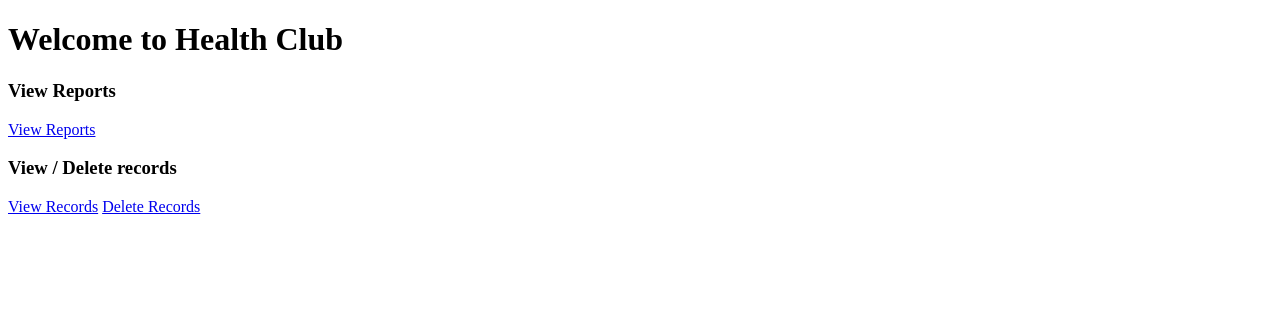
Repository: dmiropol/FitnessMemberTracker
Page: http://localhost/customer
An editor plug-in stored every save of this project. The page is shown before and after the next save, followed by the edit.
The browser window is 1280 px wide. The pictures show the whole page.
The page is served by the project's Node server (app.js).

Above is the page before, as saved 2018-11-15 12:06:53.

### views/customer.ejs
<!DOCTYPE html>
<html>
  <head>
    <title><%= title %></title>
    <link rel='stylesheet' href='/stylesheets/style.css' />
  </head>
  <body>
    <h1>Welcome to <%= title %></h1>
    <h3>View Reports </h3>
    <a href='/viewReports'>View Reports</a>
    <h3>View / Delete records </h3>
    <a href='/records'>View Records</a>
    <a href='/records/delete'>Delete Records</a>
  </body>
</html>

### app.js

/**
 * Module dependencies.
 */

var express = require('express')
  , http = require('http')
  , path = require('path')
  , bodyParser = require('body-parser')
  , storage = require('./storage')
  , fs = require('fs');

var app = express();

// all environments
app.set('port', process.env.PORT || 8080);
app.set('views', __dirname + '/views');
app.set('view engine', 'ejs');
app.use(express.static(path.join(__dirname, 'public')));
app.use(bodyParser.json());
app.use(bodyParser.urlencoded({ extended: true }));

function index(req, res){
	res.render('index', {title: 'Fitness Tracker for Health Club'});
	//res.redirect('import');
}

function member(req, res){
	res.render('member');
}

async function dataRecord(req, res){
	var fileName = req.params.record + '.json';
	var jsonObj = JSON.parse(req.body.JSONbody);
	var lines = '';

	for (var i in jsonObj){
		lines += JSON.stringify(jsonObj[i]) + '\n';
	}
	console.log('Got ' + req.method + ' request to store ' + fileName +
				' content into ' + lines.length + ' lines');
	fs.writeFile(fileName, lines, 'utf8', function (err) {
	    if (err)  return console.log(err);
	    console.log(fileName + ' locally added and will be uploaded to storage.')
	});
	await storage.uploadFile(fileName);
	fs.unlink(fileName, function (err) {
	    if (err)  return console.log(err);
	    console.log(fileName + ' locally deleted.')
	});
	res.render('dataRecord', {gcsfile: storage.getPrivateUrl(fileName)});
}

function customer(req, res){
	res.render('customer', {title: 'Health Club'});
}

async function records(req, res){
	var files = await storage.listFiles();
	var recordsList = [];
	for (var i in files) {
		var record = {};
		record.name = files[i].metadata.name;
		record.bucket = files[i].metadata.bucket;
		record.size = files[i].metadata.size;
		recordsList.push(record);
	};
	res.render('records', {records: recordsList});
}

async function recordsDelete(req, res){
	var files = await storage.listFiles();
	var recordsList = [];
	for (var i in files) {
		var record = {};
		record.name = files[i].metadata.name;
		record.bucket = files[i].metadata.bucket;
		record.size = files[i].metadata.size;
		recordsList.push(record);
	};
	res.render('recordsdelete', {records: recordsList});
}

async function deleteFile(req, res, next){

	await storage.deleteFile(req.params.fileName);
	next();
}

app.get('/', index);
app.get('/member', member);
app.get('/customer', customer);
app.post('/dataRecord/:record', dataRecord);
app.get('/records/delete', recordsDelete);
app.get('/records', records);
app.get('/delete/:fileName', deleteFile, records);



http.createServer(app).listen(app.get('port'), function(){
  console.log('Express server listening on port ' + app.get('port'));
});

### storage.js
/**
 * Copyright 2017, Google, Inc.
 * Licensed under the Apache License, Version 2.0 (the "License");
 * you may not use this file except in compliance with the License.
 * You may obtain a copy of the License at
 *
 *    http://www.apache.org/licenses/LICENSE-2.0
 *
 * Unless required by applicable law or agreed to in writing, software
 * distributed under the License is distributed on an "AS IS" BASIS,
 * WITHOUT WARRANTIES OR CONDITIONS OF ANY KIND, either express or implied.
 * See the License for the specific language governing permissions and
 * limitations under the License.
 */

/**
 * This application demonstrates how to perform basic operations on files with
 * the Google Cloud Storage API.
 *
 * For more information, see the README.md under /storage and the documentation
 * at https://cloud.google.com/storage/docs.
 */

'use strict';


const {Storage} = require('@google-cloud/storage');
const storage = new Storage({ projectId: 'iot2analytics-2018' });
const bucketName = 'member_fitness_tracker_storage';

async function uploadFile(filename) {
	await storage.bucket(bucketName).upload(filename, {
		contentType: 'application/json'
	});
console.log(`${filename} uploaded to ${bucketName}.`);

}

function getPrivateUrl(filename) {
	  return `https://storage.googleapis.com/${bucketName}/${filename}`;
}

async function listFiles() {
	const [files] = await storage.bucket(bucketName).getFiles();

	  console.log('Files:');
	  files.forEach(file => {
	    console.log(file.name);
	    //console.log(file.metadata);
	  });

	  return files;
	}

async function downloadFile(srcFilename, destFilename) {

  const options = {
    // The path to which the file should be downloaded, e.g. "./file.txt"
    destination: destFilename,
  };

  // Downloads the file
  await storage
    .bucket(bucketName)
    .file(srcFilename)
    .download(options);

  console.log(
    `gs://${bucketName}/${srcFilename} downloaded to ${destFilename}.`
  );
  // [END storage_download_file]
}

async function deleteFile(filename) {
  // Deletes the file from the bucket
  await storage
    .bucket(bucketName)
    .file(filename)
    .delete();

  console.log(`gs://${bucketName}/${filename} deleted.`);
  // [END storage_delete_file]
}

async function getMetadata(filename) {
  // Gets the metadata for the file
  const [metadata] = await storage
    .bucket(bucketName)
    .file(filename)
    .getMetadata();

  console.log(`File: ${metadata.name}`);
  console.log(`Bucket: ${metadata.bucket}`);
  console.log(`Storage class: ${metadata.storageClass}`);
  console.log(`Self link: ${metadata.selfLink}`);
  console.log(`ID: ${metadata.id}`);
  console.log(`Size: ${metadata.size}`);
  console.log(`Updated: ${metadata.updated}`);
  console.log(`Generation: ${metadata.generation}`);
  console.log(`Metageneration: ${metadata.metageneration}`);
  console.log(`Etag: ${metadata.etag}`);
  console.log(`Owner: ${metadata.owner}`);
  console.log(`Component count: ${metadata.component_count}`);
  console.log(`Crc32c: ${metadata.crc32c}`);
  console.log(`md5Hash: ${metadata.md5Hash}`);
  console.log(`Cache-control: ${metadata.cacheControl}`);
  console.log(`Content-type: ${metadata.contentType}`);
  console.log(`Content-disposition: ${metadata.contentDisposition}`);
  console.log(`Content-encoding: ${metadata.contentEncoding}`);
  console.log(`Content-language: ${metadata.contentLanguage}`);
  console.log(`Media link: ${metadata.mediaLink}`);
  console.log(`KMS Key Name: ${metadata.kmsKeyName}`);
  console.log(`Temporary Hold: ${metadata.temporaryHold}`);
  console.log(`Event-based hold: ${metadata.eventBasedHold}`);
  console.log(`Effective Expiration Time: ${metadata.effectiveExpirationTime}`);
  console.log(`Metadata: ${metadata.metadata}`);
  // [END storage_get_metadata]
}



module.exports = {
	uploadFile,
	getPrivateUrl,
	listFiles,
	getMetadata,
	deleteFile,
};

### public/stylesheets/style.css
ul {
    list-style-type: none;
    margin: 0;
    padding: 0;
    overflow: hidden;
    background-color: #606060;
}

li {
    float: left;
}

li a, .dropbtn {
    display: inline-block;
    color: white;
    text-align: center;
    padding: 14px 16px;
    text-decoration: none;
}

li a:hover, .dropdown:hover .dropbtn {
    background-color: #005392;
}

li.dropdown {
    display: inline-block;
}

.dropdown-content {
    display: none;
    position: absolute;
    background-color: #f9f9f9;
    min-width: 160px;
    box-shadow: 0px 8px 16px 0px rgba(0,0,0,0.2);
    z-index: 1;
}

.dropdown-content a {
    color: black;
    padding: 12px 16px;
    text-decoration: none;
    display: block;
    text-align: left;
}

.dropdown-content a:hover {background-color: #f1f1f1}

.dropdown:hover .dropdown-content {
    display: block;
}

.footer {
    position: fixed;
    left: 8px;
    bottom: 8px;
    width: 99%;
    background-color: #606060;
    color: white;
    text-align: left;
}

.footer p{
    text-decoration: underline;
    left: 10px;
}

textarea {
    border: 1 grey;
    overflow: hidden;
    padding: 0;
    outline: none;
    overflow-y:scroll;
    overflow-x:scroll;
    font-family:"Courier";
    font-size: 12px;
}

input {
	font-size: 14px;
    padding: 2px;
/*   float: left; */
}

.button {
    background-color: #555555;
    border: none;
    color: white;
    padding: 15px 32px;
    text-align: center;
    text-decoration: none;
    display: inline-block;
    font-size: 16px;
}

.listKeys {
	padding-left: 2em;
}

select  {
	font-size: 14px;
}

### views/nav.ejs

    <nav>
	<ul>
	  <li><a href="/">Home</a></li>

	  <li class="dropdown">
	    <a href="javascript:void(0)" class="dropbtn">Create</a>
	    <div class="dropdown-content">
	      <a href="/create/records">Records</a>
	    </div>
	  </li>

	  <li class="dropdown">
	    <a href="javascript:void(0)" class="dropbtn">Delete</a>
	    <div class="dropdown-content">
					<a href="/delete/records">Records</a>
	    </div>
	  </li>

	  <li class="dropdown">
	    <a href="javascript:void(0)" class="dropbtn">View</a>
	    <div class="dropdown-content">
	      <a href="/view/reports">Reports</a>
	    </div>
	  </li>
	    </div>
	  </li>
	</ul>
	</nav>

After the next save:
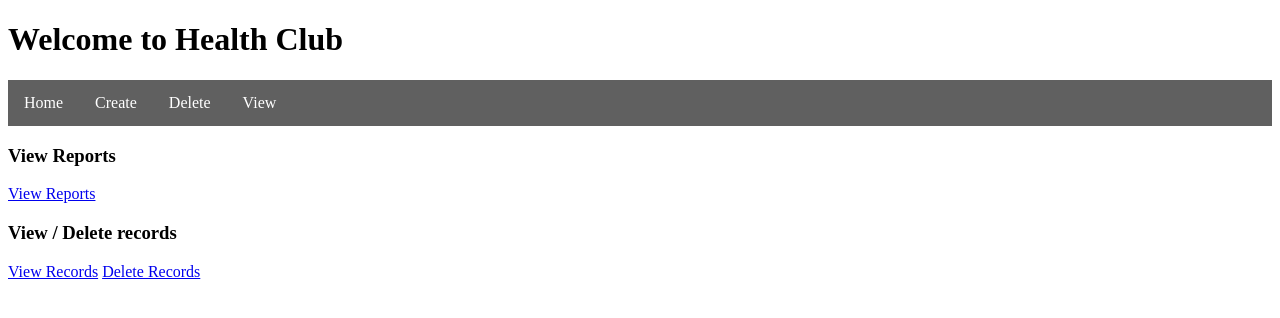
Saved 2 min 28 s later.
--- a/views/customer.ejs
+++ b/views/customer.ejs
@@ -6,6 +6,8 @@
   </head>
   <body>
     <h1>Welcome to <%= title %></h1>
+    <%- include('nav'); %>
+
     <h3>View Reports </h3>
     <a href='/viewReports'>View Reports</a>
     <h3>View / Delete records </h3>
